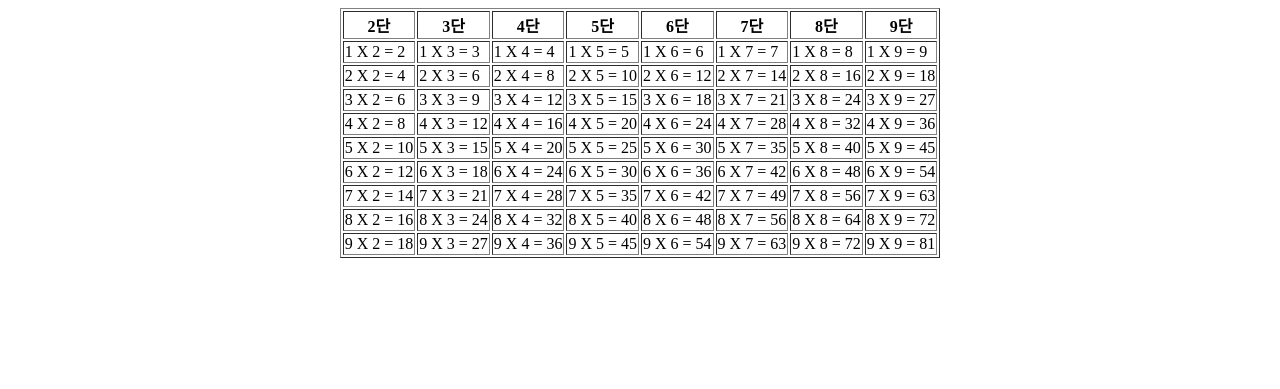
Repository: kkw3202/Jsp2026
Page: http://localhost/chapter01/example_gugudan.jsp
These files come from the project's save history. The page is drawn as it stood at one moment and after the next save; the edit follows.
The browser window is 1280 px wide. The pictures show the whole page.
The page is served by Tomcat 9.

Above is the page before, as saved 2026-10-16 04:06:32.

### chapter01/src/main/webapp/example_gugudan.jsp
<%@ page language="java" contentType="text/html; charset=UTF-8"
    pageEncoding="UTF-8" import="java.util.*"%>
<!DOCTYPE html>
<html>
<head>
<meta charset="UTF-8">
<title>Insert title here</title>
<style type="text/css">
		table{
			margin: 0 auto;
		}
</style>
</head>
<body>
	<table border="1px">
		<thead>
			<tr>
				<%
					for(int i = 2; i<10; i++){
						out.print("<th>" + i + "단</th>");
					}

				%>
			</tr>
		</thead>
		<tbody>
			<%
				for (int i = 1; i < 10; i++) {
					out.print("<tr>");
					for (int j = 2; j < 10; j++){
						out.print("<td>" + i + " X " + j + " = " + i*j + "</td>");
					}
					out.print("</tr>");
				}
			%>
		</tbody>
	</table>
</body>
</html>

After the next save:
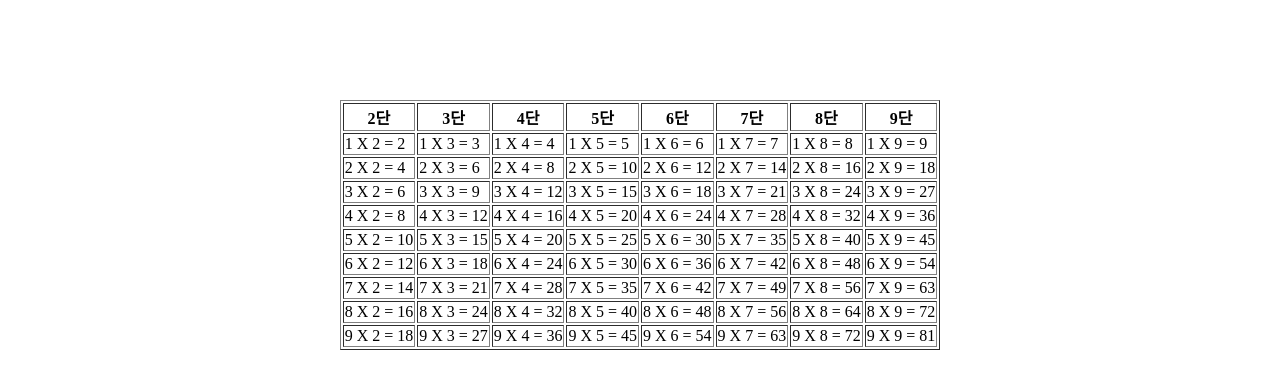
Saved 5 s later.
--- a/chapter01/src/main/webapp/example_gugudan.jsp
+++ b/chapter01/src/main/webapp/example_gugudan.jsp
@@ -7,7 +7,7 @@
 <title>Insert title here</title>
 <style type="text/css">
 		table{
-			margin: 0 auto;
+			margin: 100px auto;
 		}
 </style>
 </head>
